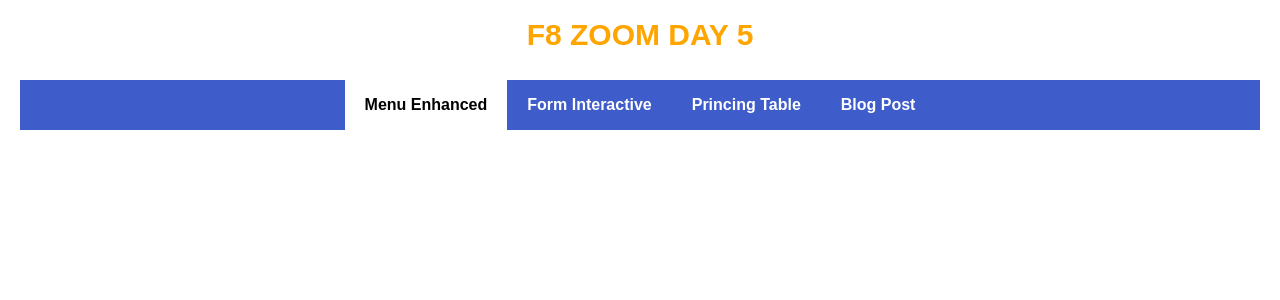
Repository: lannguyen1301/f8-zoom-day-5
Page: index.html
These files come from the project's save history. The page is drawn as it stood at one moment and after a run of saves; the edit follows.
The browser window is 1280 px wide. The pictures show the whole page.

Above is the page before, as saved 2025-04-21 19:18:03.

After the next 2 saves:
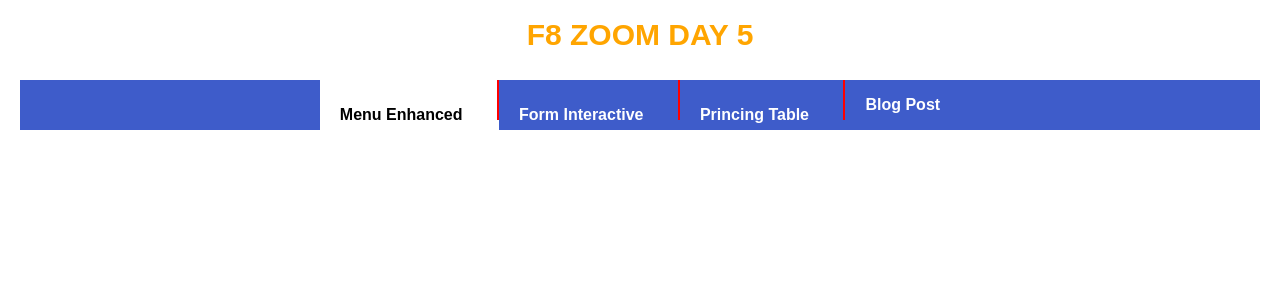
The 2 saves are shown as one change because they came seconds apart.
The last was saved 10 s later.
--- a/assets/css/style.css
+++ b/assets/css/style.css
@@ -64,7 +64,7 @@
     background-color: orange !important;
 }
 
-.navbar__list:not(:last-child)::after {
+.navbar__list .navbar__item:not(:last-child)::after {
     content: "";
     display: inline-block;
     width: 2px;

After the save that followed:
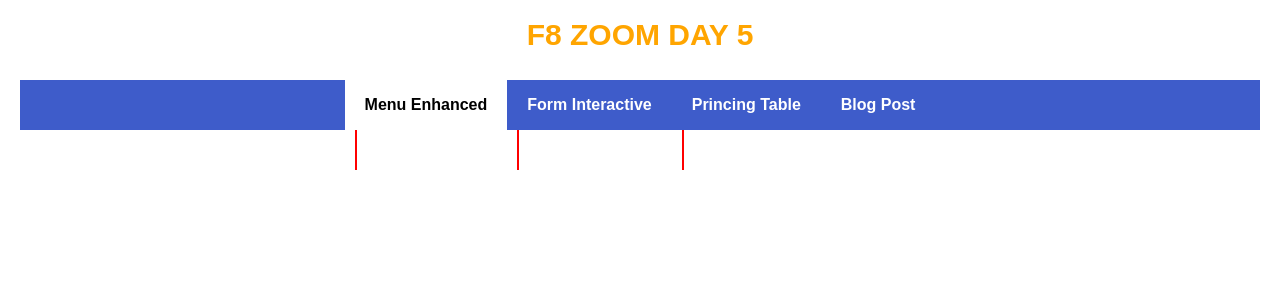
Saved 8 s later.
--- a/assets/css/style.css
+++ b/assets/css/style.css
@@ -66,7 +66,7 @@
 
 .navbar__list .navbar__item:not(:last-child)::after {
     content: "";
-    display: inline-block;
+    display: block;
     width: 2px;
     height: 40px;
     /* color: red; */
